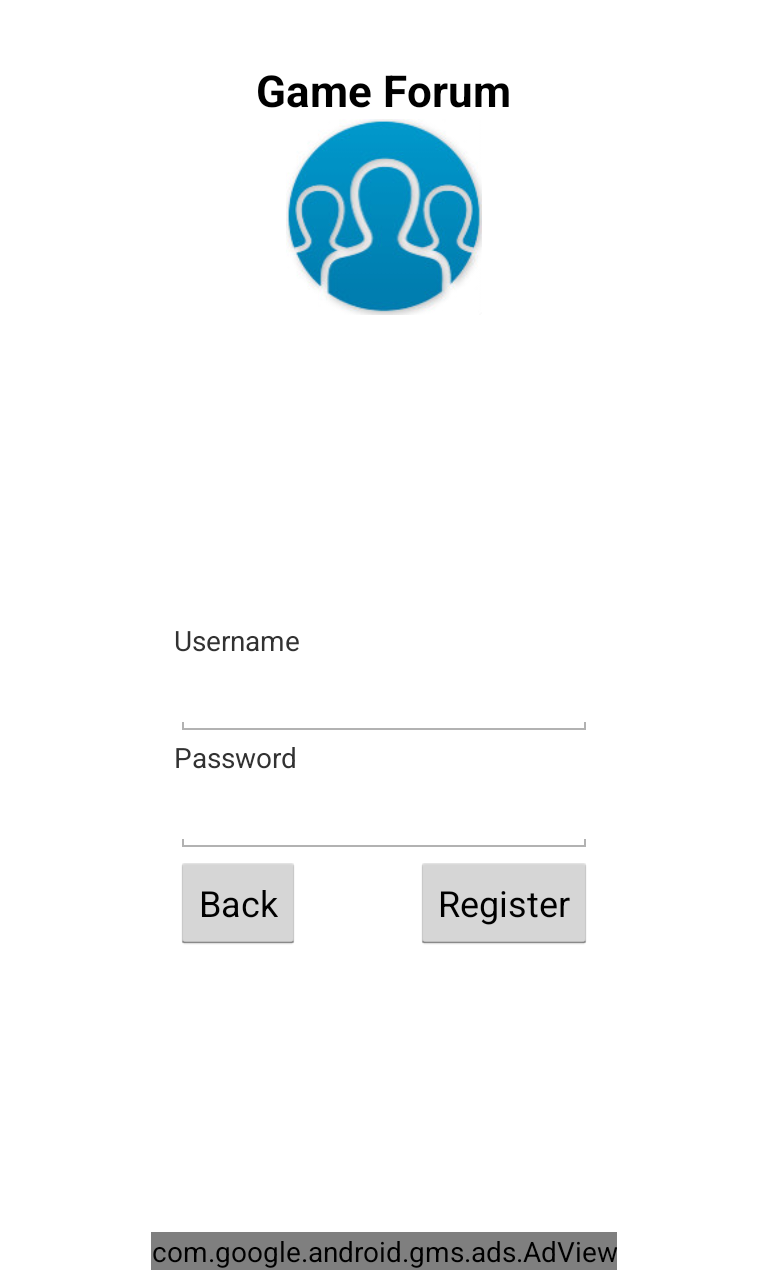
Repository: yuanpeixin/Project
Layout: GameForum/res/layout/register.xml
These files come from the project's save history. The layout is drawn as it stood at one moment and after the next save; the edit follows.
Pictures or frames that could not be fetched are drawn as grey boxes. It is drawn on a 768 x 1280 px phone screen (xhdpi) without system bars, with theme AppTheme; the app's code is not run.

Above is the layout before, as saved 2015-10-09 02:55:35.

After the next save:
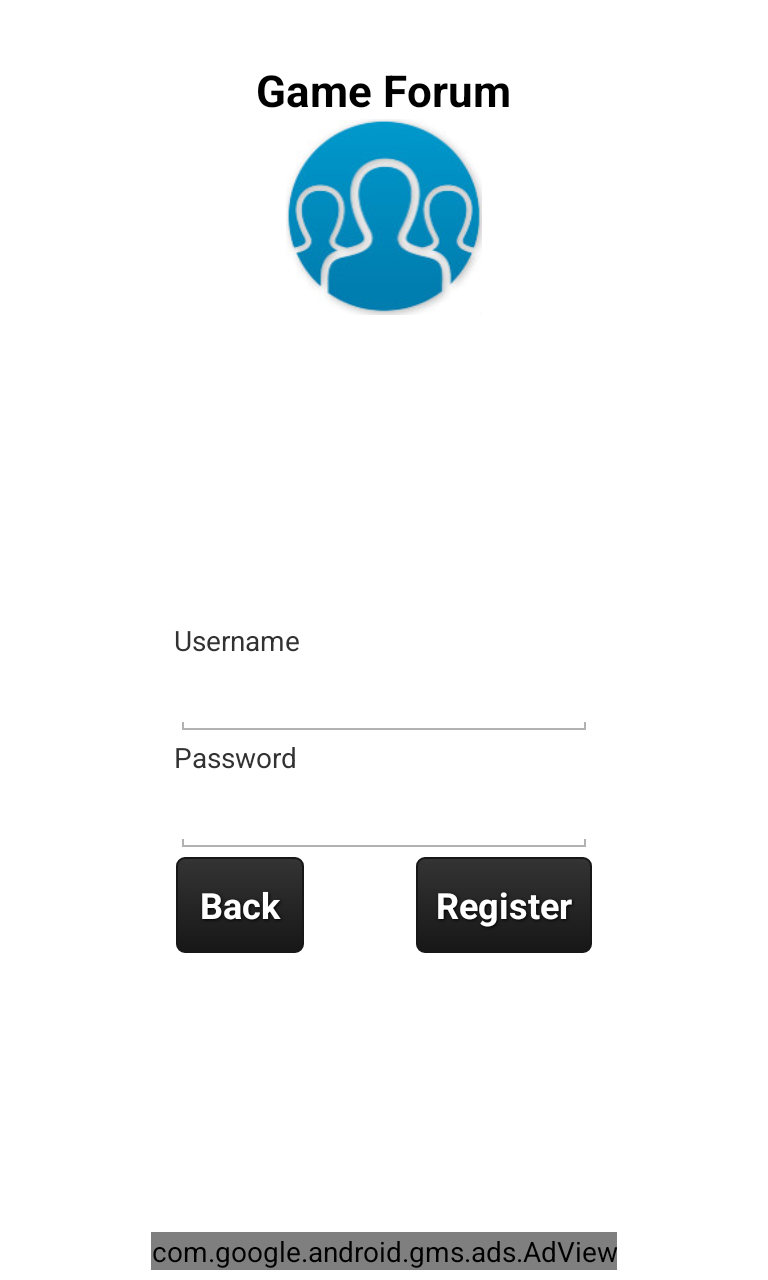
Saved 34 s later.
--- a/GameForum/res/layout/register.xml
+++ b/GameForum/res/layout/register.xml
@@ -48,10 +48,12 @@
 
     <Button
         android:id="@+id/register"
+        style="@style/WhiteText"
         android:layout_width="wrap_content"
         android:layout_height="wrap_content"
         android:layout_alignRight="@+id/password"
         android:layout_below="@+id/password"
+        android:background="@drawable/black_button"
         android:text="Register" />
 
     <TextView
@@ -79,10 +81,12 @@
 
     <Button
         android:id="@+id/button1"
+        style="@style/WhiteText"
         android:layout_width="wrap_content"
         android:layout_height="wrap_content"
         android:layout_alignLeft="@+id/password"
         android:layout_below="@+id/password"
+        android:background="@drawable/black_button"
         android:onClick="Back"
         android:text="Back" />
 
